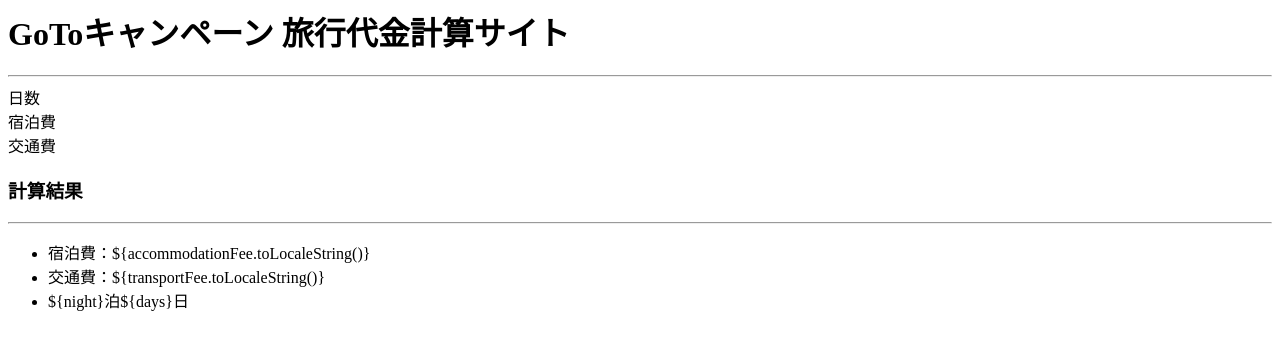
Repository: Ischca/ischca.github.io
Page: src/my-app.html
An editor plug-in stored every save of this project. The page is shown before and after the next save, followed by the edit.
The browser window is 1280 px wide. The pictures show the whole page.

Above is the page before, as saved 2020-10-02 15:14:00.

After the next save:
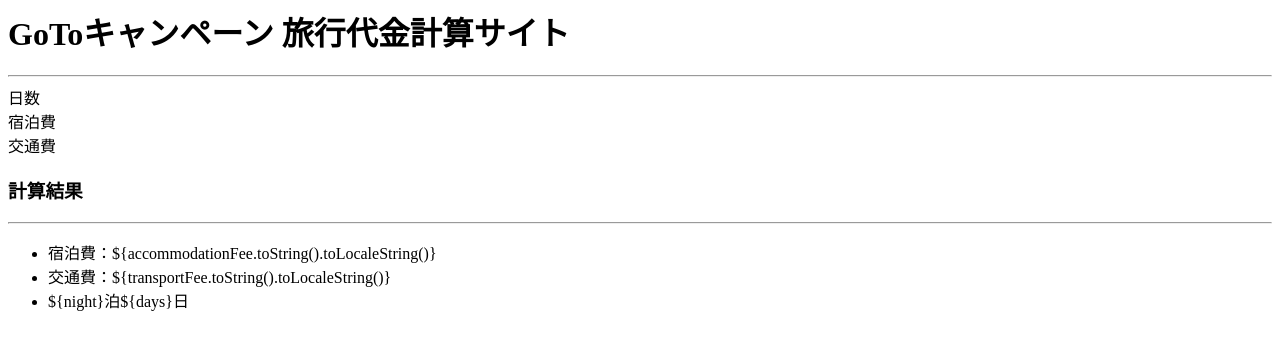
Saved 20 s later.
--- a/src/my-app.html
+++ b/src/my-app.html
@@ -37,10 +37,10 @@
     <div id="result" class="text-center">
         <ul class="list-group list-group-flush">
             <li class="list-group-item">
-                宿泊費：${accommodationFee.toLocaleString()}
+                宿泊費：${accommodationFee.toString().toLocaleString()}
             </li>
             <li class="list-group-item">
-                交通費：${transportFee.toLocaleString()}
+                交通費：${transportFee.toString().toLocaleString()}
             </li>
             <li class="list-group-item">
                 ${night}泊${days}日
